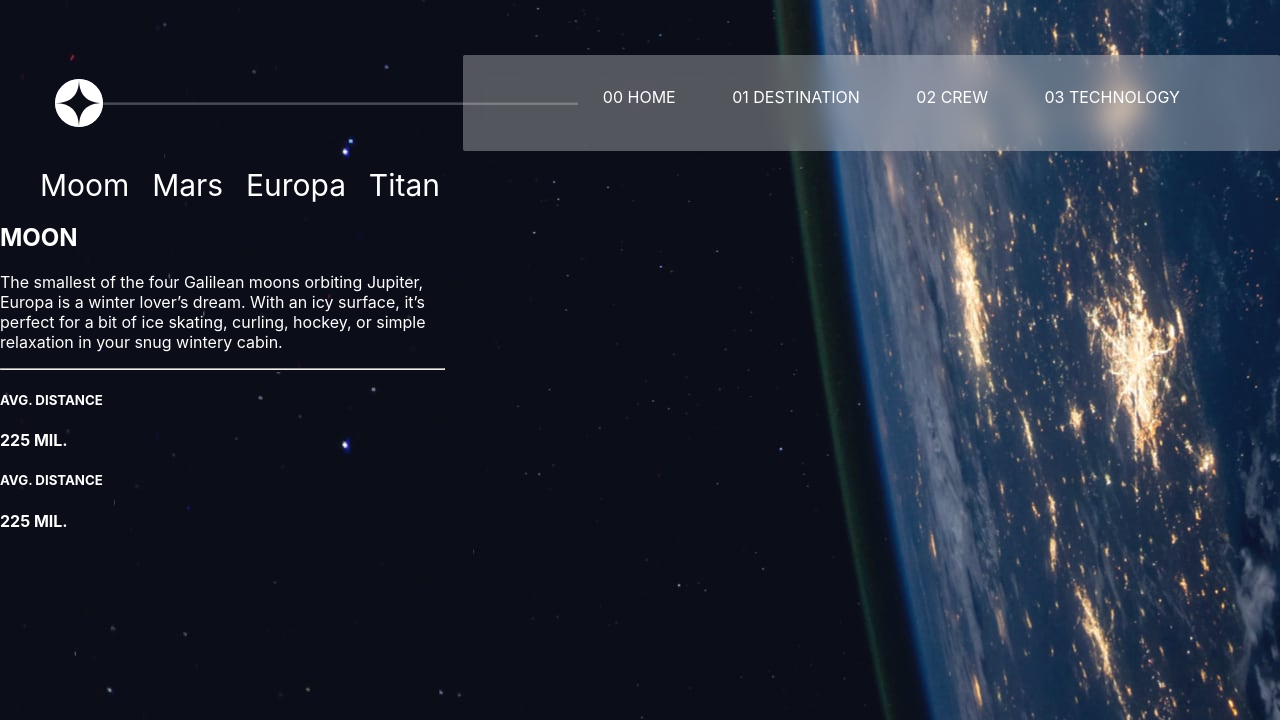
Repository: jhonenmanuel1/FrontEndMentor-MultiPageSpace
Page: /
An editor plug-in stored every save of this project. The page is shown before and after the next save, followed by the edit.
The browser window is 1280 px wide. The pictures show the whole page.
The project was rebuilt for these pictures with package versions that can differ from the ones it lists, and the page was loaded fresh each time. Also part of the build but not shown: src/views/home.js.

Above is the page before, as saved 2022-06-23 22:51:36.

After the next save:
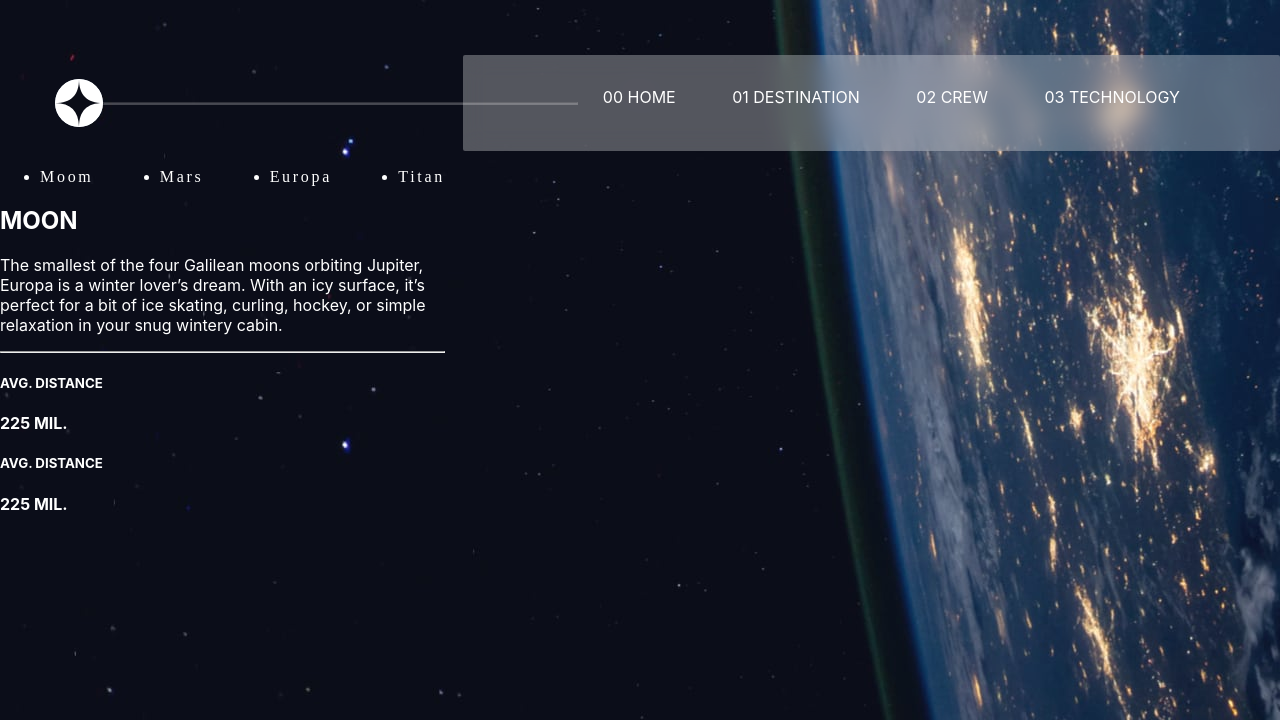
Saved 56 s later.
--- a/src/styles/planetcardinfo.module.css
+++ b/src/styles/planetcardinfo.module.css
@@ -5,18 +5,17 @@
   max-width: 445px;
 }
 .planetCardHeader {
-
 }
 
 .planetCardHeader ul {
-    display: flex;
-    justify-content: space-between;
-
+  display: flex;
+  justify-content: space-between;
 }
 .planetCardHeader ul li {
-    margin-right: 5px;
-    list-style: none;
-    font-size: 30px;
-
-
+  font-family: "Barlow Condensed";
+  font-style: normal;
+  font-weight: 400;
+  font-size: 16px;
+  line-height: 19px;
+  letter-spacing: 2.7px;
 }
